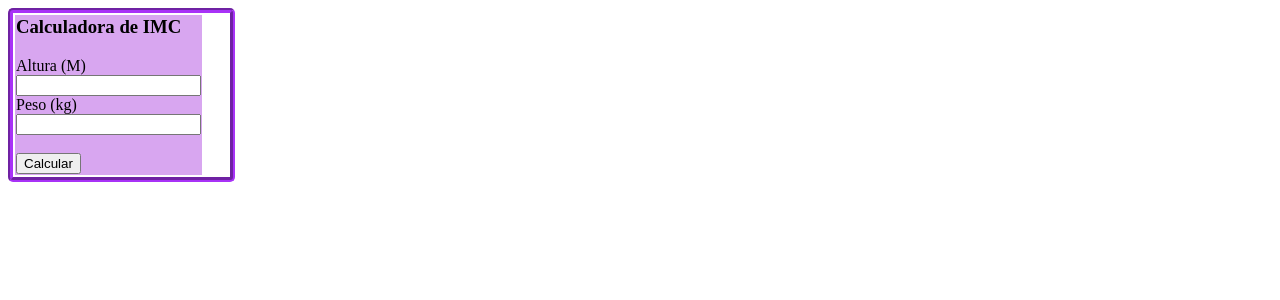
Repository: Patriciamativi/Projetos
Page: index.html
These files come from the project's save history. The page is drawn as it stood at one moment and after a run of saves; the edit follows.
The browser window is 1280 px wide. The pictures show the whole page.

Above is the page before, as saved 2022-11-21 16:03:19.

After the next 3 saves:
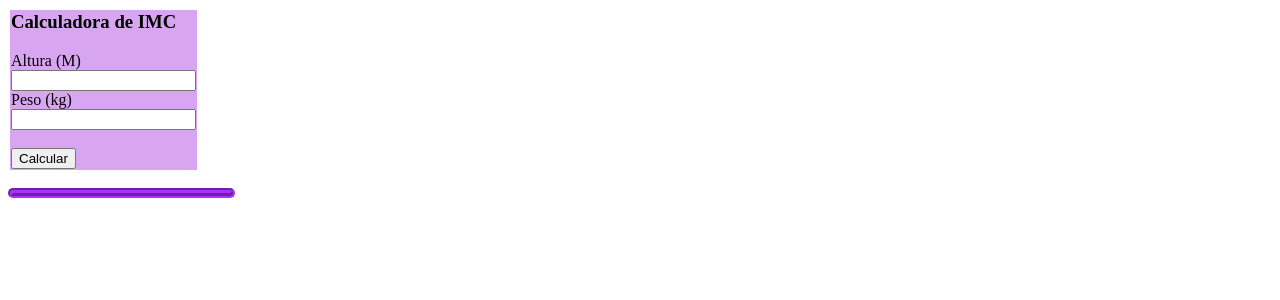
The 3 saves are shown as one change because they came seconds apart.
The last was saved 6 min 26 s later.
--- a/index.html
+++ b/index.html
@@ -5,7 +5,7 @@
         <link rel="stylesheet" href="style.css"> <!-- AQUI VOCÊ  CRIA UMA PÁGINA CSS PARA COLOCAR ESTILO NO SE PROJETO-->
     </head>
 
-   <p>
+   <borda>
 <table border="0">
     <body>
             <tr> <td> <h3>Calculadora de IMC</h3>
